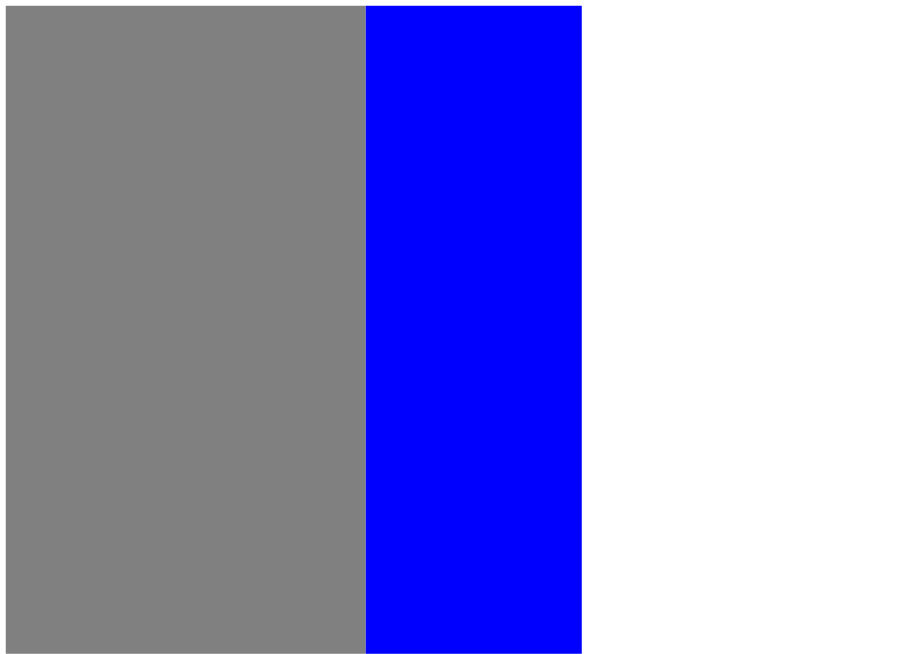
Repository: Tobby004/bdc-assignment-3
Page: task.html
An editor plug-in stored every save of this project. The page is shown before and after the next save, followed by the edit.
The browser window is 1280 px wide. The pictures show the whole page, at 72% of full size.

Above is the page before, as saved 2023-02-21 02:18:45.

After the next save:
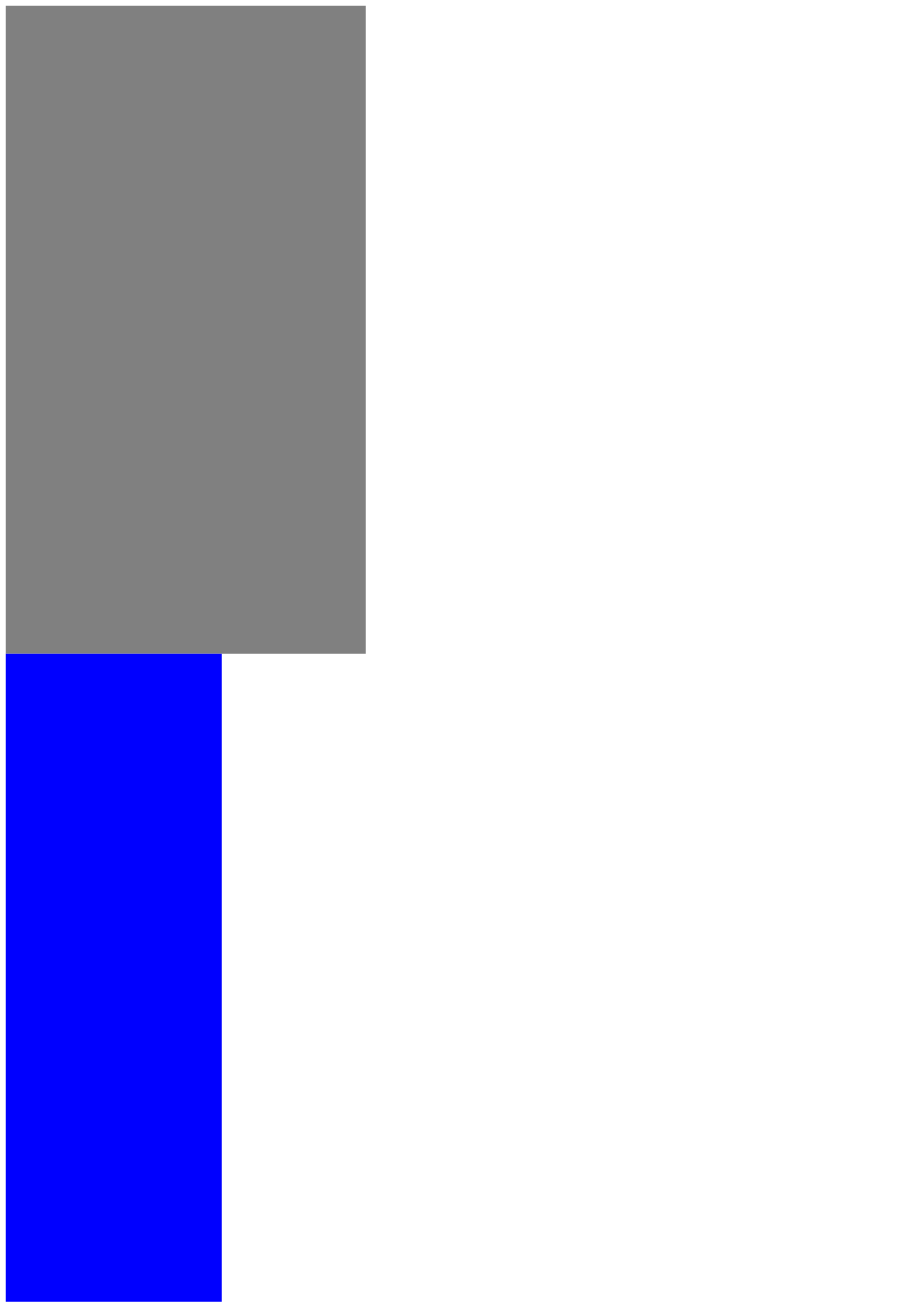
Saved 52 s later.
--- a/task.css
+++ b/task.css
@@ -3,13 +3,11 @@
 }
 box.container {
     display: flex;
-    max-width: 600px;
-    width: 100p%;
+    justify-content: space-between;
     width: 600px;
     height: 500px;
 }
 .box1 {
-    float: left;
      width: 500px;
      height: 900px;
      background-color: grey;
@@ -17,7 +15,6 @@
      border-color: blue;
 }
 .box2 {
-    float: left;
 width: 300px;
 height: 900px;
 background-color: blue;

After the save that followed:
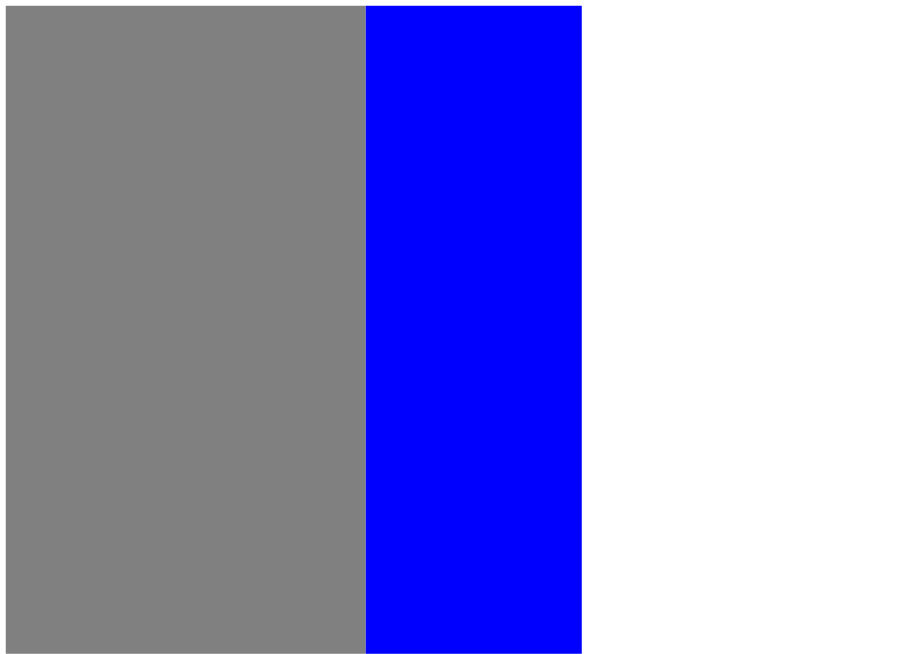
Saved 53 s later.
--- a/task.css
+++ b/task.css
@@ -3,11 +3,11 @@
 }
 box.container {
     display: flex;
-    justify-content: space-between;
     width: 600px;
     height: 500px;
 }
 .box1 {
+    float: left;
      width: 500px;
      height: 900px;
      background-color: grey;
@@ -15,6 +15,7 @@
      border-color: blue;
 }
 .box2 {
+    float: left;
 width: 300px;
 height: 900px;
 background-color: blue;
